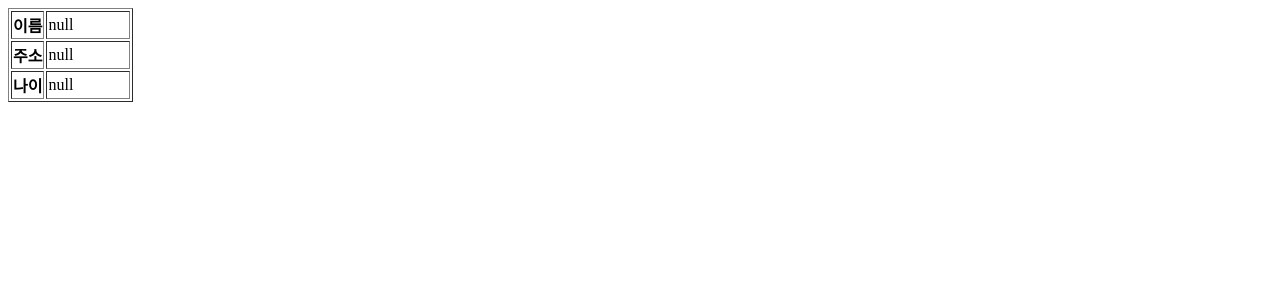
Repository: Mildous/HKIT-BackendClass
Page: http://localhost/jspExam/Q5_output.jsp
An editor plug-in stored every save of this project. The page is shown before and after the next save, followed by the edit.
The browser window is 1280 px wide. The pictures show the whole page.
The page is served by Tomcat 9.

Above is the page before, as saved 2022-08-25 05:41:50.

### workspace/jsp/jspExam/WebContent/Q5_output.jsp
<%@ page language="java" contentType="text/html; charset=UTF-8"
    pageEncoding="UTF-8"%>
<%
	request.setCharacterEncoding("utf-8");
	String name = request.getParameter("name");
	String addr = request.getParameter("addr");
	String age = request.getParameter("age");
%>
<!DOCTYPE html>
<html>
<head>
<meta charset="UTF-8">
<title>문제4</title>
</head>
<body>
<table border="1">
	<tr>
		<th>이름</th>
		<td width="80px"><%= name %></td>
	</tr>
	<tr>
		<th>주소</th>
		<td><%= age %></td>
	</tr>
	<tr>
		<th>나이</th>
		<td><%= addr %></td>
	</tr>
</table>
</body>
</html>

After the next save:
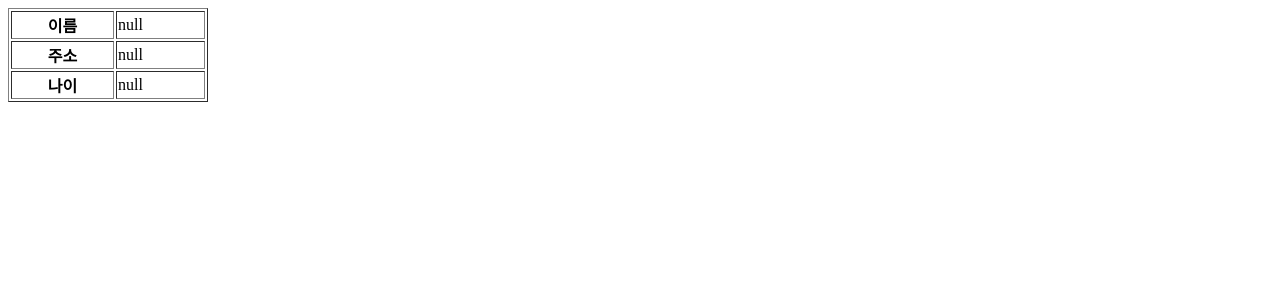
Saved 11 s later.
--- a/workspace/jsp/jspExam/WebContent/Q5_output.jsp
+++ b/workspace/jsp/jspExam/WebContent/Q5_output.jsp
@@ -13,10 +13,10 @@
 <title>문제4</title>
 </head>
 <body>
-<table border="1">
+<table border="1" width="200px">
 	<tr>
 		<th>이름</th>
-		<td width="80px"><%= name %></td>
+		<td><%= name %></td>
 	</tr>
 	<tr>
 		<th>주소</th>
